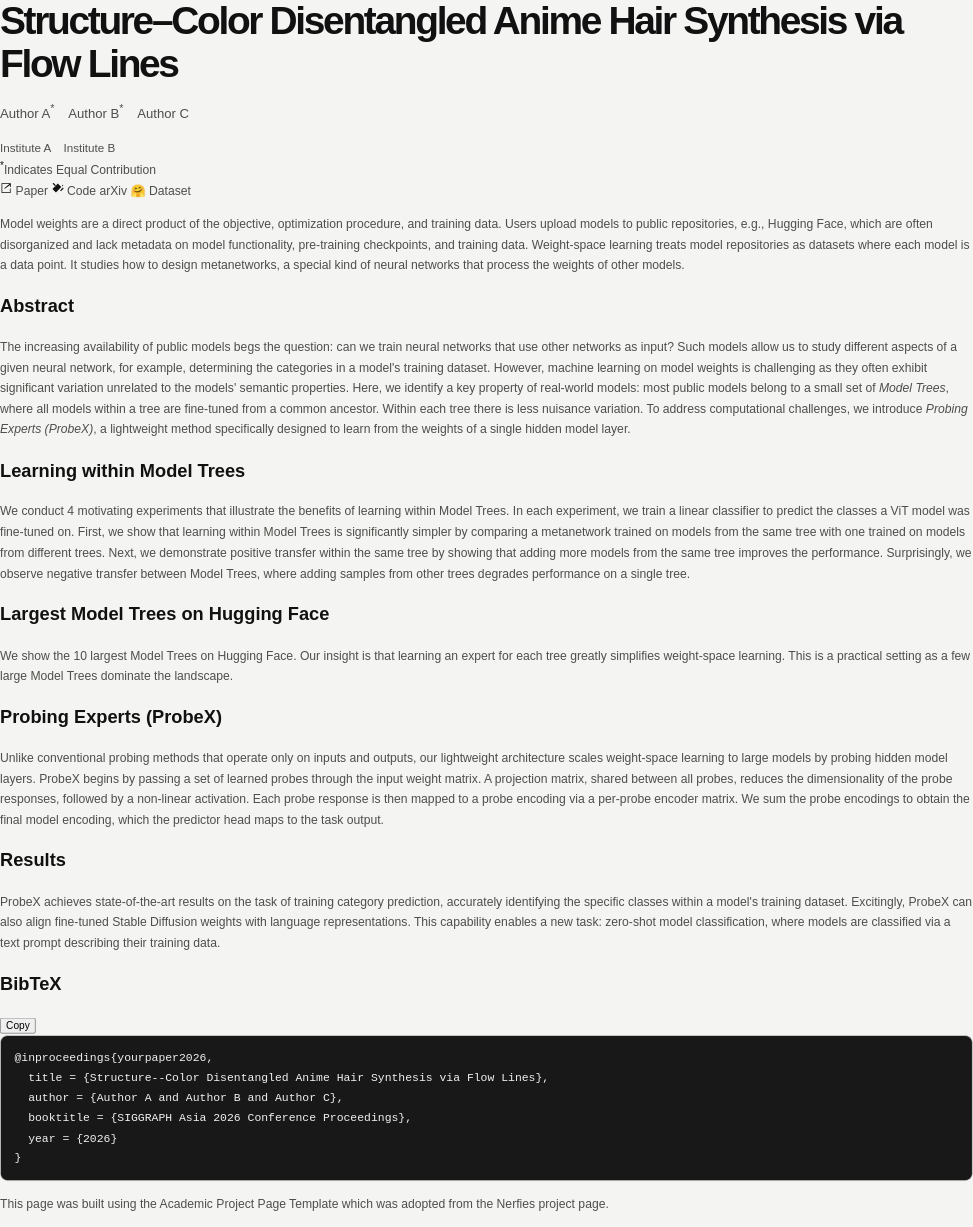
Repository: zty0304/FlowLines-web
Page: index.html
These files come from the project's save history. The page is drawn as it stood at one moment and after the next save; the edit follows.
The browser window is 1280 px wide. The pictures show the whole page, at 76% of full size.

Above is the page before, as saved 2026-08-31 15:19:54.
Console error: TypeError: Cannot set properties of null (setting 'textContent')

After the next save:
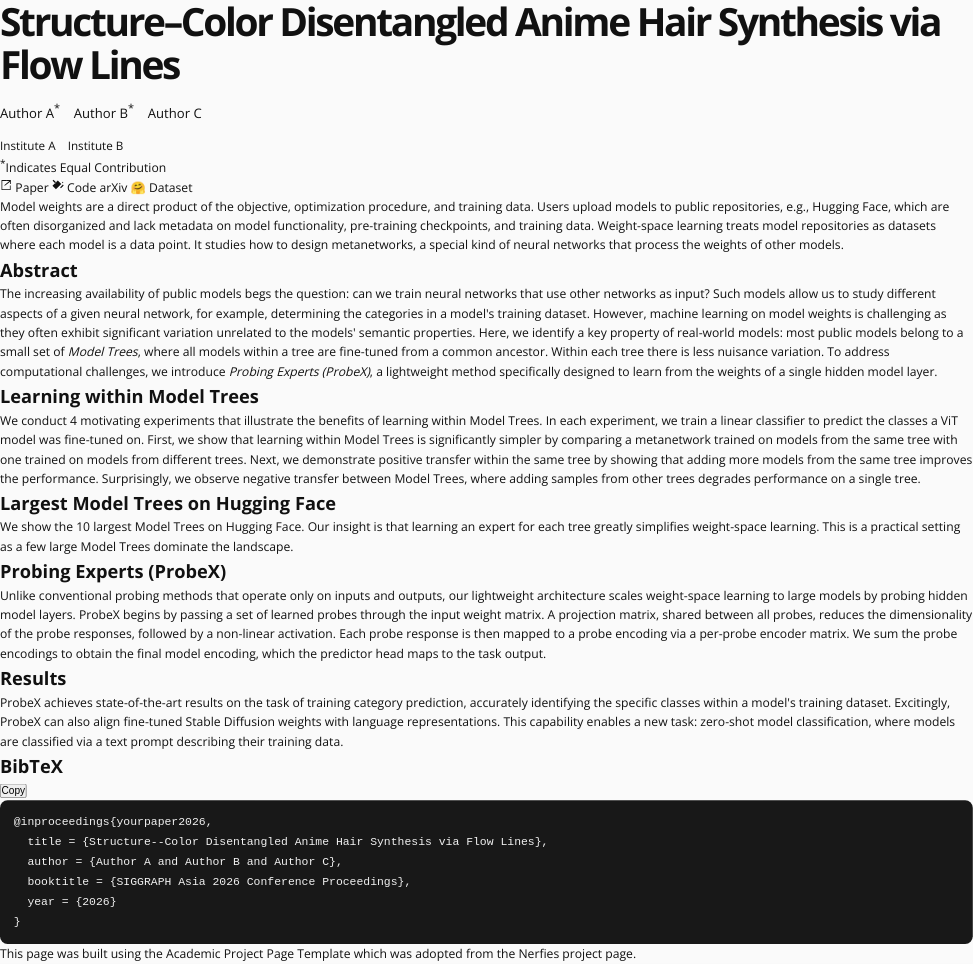
Saved 68 s later.
--- a/styles.css
+++ b/styles.css
@@ -1,14 +1,13 @@
 :root {
-  --bg: #f4f4f2;
-  --panel: #ffffff;
-  --soft: #f1f1ee;
-  --line: #d9d9d5;
-  --text: #111111;
-  --muted: #4e4e4b;
-  --accent: #1f1f1f;
+  --text-color: #111;
+  --muted-color: #666;
+  --bg-color: #fff;
+  --border-color: #e0e0e0;
 }
 
 * {
+  margin: 0;
+  padding: 0;
   box-sizing: border-box;
 }
 
@@ -17,11 +16,10 @@ html {
 }
 
 body {
-  margin: 0;
-  background: var(--bg);
-  color: var(--text);
-  font-family: "Source Sans 3", sans-serif;
-  line-height: 1.7;
+  font-family: 'Open Sans', 'Helvetica Neue', Helvetica, Arial, sans-serif;
+  background-color: #fafafa;
+  color: var(--text-color);
+  line-height: 1.6;
 }
 
 img {
